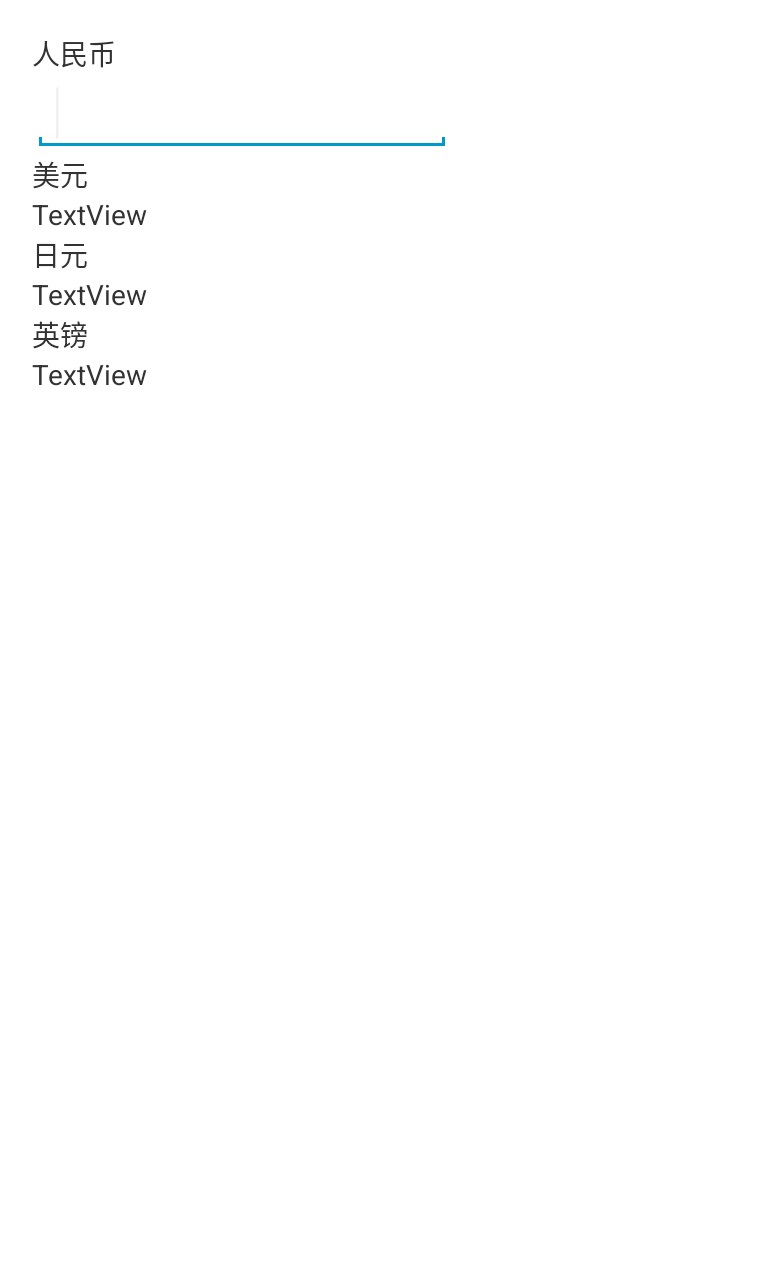
Repository: superlikex/Android_task
Layout: exchange/res/layout/activity_main.xml
These files come from the project's save history. The layout is drawn as it stood at one moment and after the next save; the edit follows.
It is drawn on a 768 x 1280 px phone screen (xhdpi) without system bars, with theme AppTheme; the app's code is not run.

Above is the layout before, as saved 2015-12-04 13:09:56.

### exchange/res/layout/activity_main.xml
<LinearLayout xmlns:android="http://schemas.android.com/apk/res/android"
    xmlns:tools="http://schemas.android.com/tools"
    android:layout_width="match_parent"
    android:layout_height="match_parent"
    android:orientation="vertical"
    android:paddingBottom="@dimen/activity_vertical_margin"
    android:paddingLeft="@dimen/activity_horizontal_margin"
    android:paddingRight="@dimen/activity_horizontal_margin"
    android:paddingTop="@dimen/activity_vertical_margin"
    tools:context="com.example.exchange.MainActivity" >

    <!--
        TextView
        android:layout_width="wrap_content"
        android:layout_height="wrap_content"
        android:text="@string/hello_world" /
    -->

    <TextView
        android:id="@+id/textView1"
        android:layout_width="wrap_content"
        android:layout_height="wrap_content"
        android:text="人民币" />

    <EditText
        android:id="@+id/editText1"
        android:layout_width="wrap_content"
        android:layout_height="wrap_content"

        android:ems="10"
        android:inputType="number" >

        <requestFocus />
    </EditText>

    <TextView
        android:id="@+id/textView2"
        android:layout_width="wrap_content"
        android:layout_height="wrap_content"
        android:text="美元" />

    <TextView
        android:id="@+id/textView3"
        android:layout_width="wrap_content"
        android:layout_height="wrap_content"
        android:text="TextView" />

    <TextView
        android:id="@+id/textView4"
        android:layout_width="wrap_content"
        android:layout_height="wrap_content"
        android:text="日元" />

    <TextView
        android:id="@+id/textView5"
        android:layout_width="wrap_content"
        android:layout_height="wrap_content"
        android:text="TextView" />

    <TextView
        android:id="@+id/textView6"
        android:layout_width="wrap_content"
        android:layout_height="wrap_content"
        android:text="英镑" />

    <TextView
        android:id="@+id/textView7"
        android:layout_width="wrap_content"
        android:layout_height="wrap_content"
        android:text="TextView" />

</LinearLayout>

### exchange/res/values/strings.xml
<?xml version="1.0" encoding="utf-8"?>
<resources>

    <string name="app_name">exchange</string>
    <string name="hello_world">Hello world!</string>
    <string name="action_settings">Settings</string>

</resources>

Loaded but not shown: exchange/res/values/styles.xml (common file); exchange/res/values-v11/styles.xml (common file); exchange/res/values-v14/styles.xml (common file); exchange/res/values/dimens.xml (common file); exchange/res/values-w820dp/dimens.xml (common file)

After the next save:
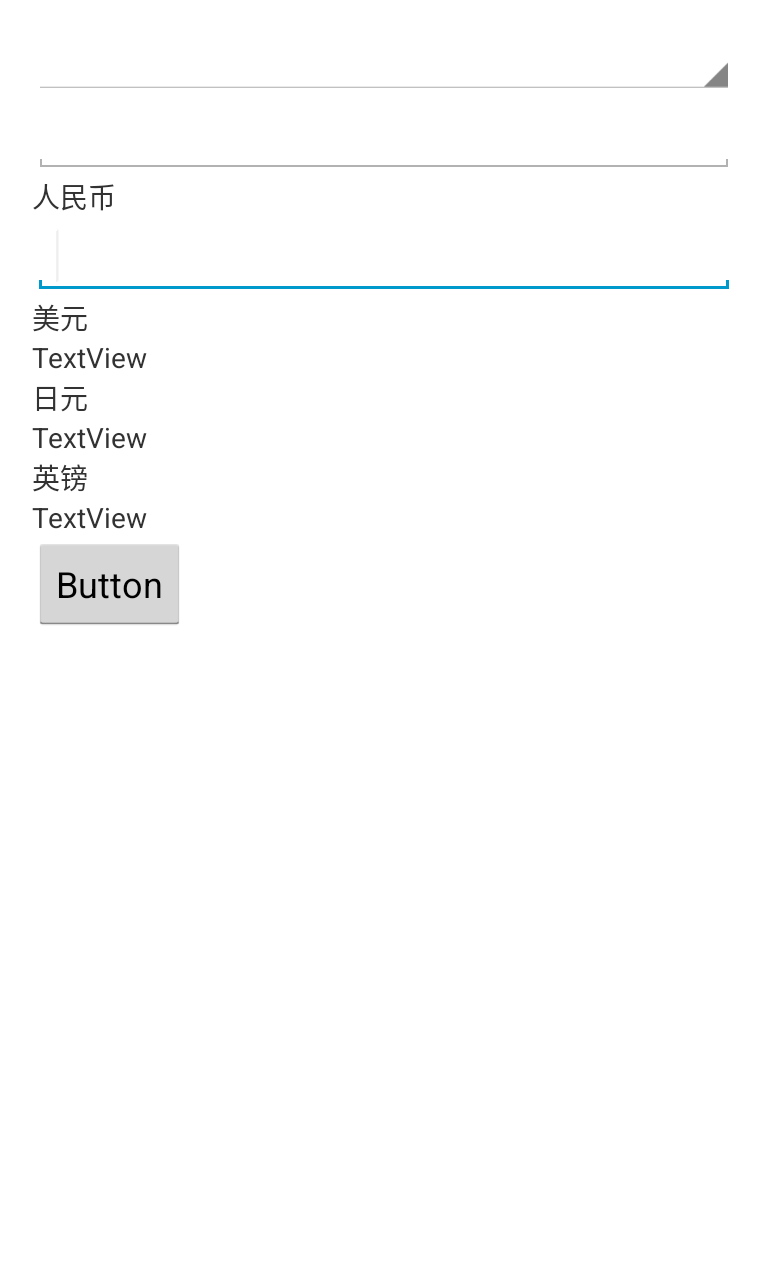
Saved 74 min 16 s later.
--- a/exchange/res/layout/activity_main.xml
+++ b/exchange/res/layout/activity_main.xml
@@ -16,6 +16,21 @@
         android:text="@string/hello_world" /
     -->
 
+    <Spinner
+        android:id="@+id/spinner1"
+        android:layout_width="match_parent"
+        android:layout_height="wrap_content" />
+
+    <EditText
+        android:id="@+id/editText1"
+        android:layout_width="match_parent"
+        android:layout_height="wrap_content"
+        android:ems="10"
+        android:inputType="numberDecimal" >
+
+
+    </EditText>
+
     <TextView
         android:id="@+id/textView1"
         android:layout_width="wrap_content"
@@ -23,12 +38,11 @@
         android:text="人民币" />
 
     <EditText
-        android:id="@+id/editText1"
-        android:layout_width="wrap_content"
+        android:id="@+id/editText2"
+        android:layout_width="match_parent"
         android:layout_height="wrap_content"
-
         android:ems="10"
-        android:inputType="number" >
+        android:inputType="numberDecimal" >
 
         <requestFocus />
     </EditText>
@@ -69,4 +83,10 @@
         android:layout_height="wrap_content"
         android:text="TextView" />
 
+    <Button
+        android:id="@+id/button1"
+        android:layout_width="wrap_content"
+        android:layout_height="wrap_content"
+        android:text="Button" />
+
 </LinearLayout>
